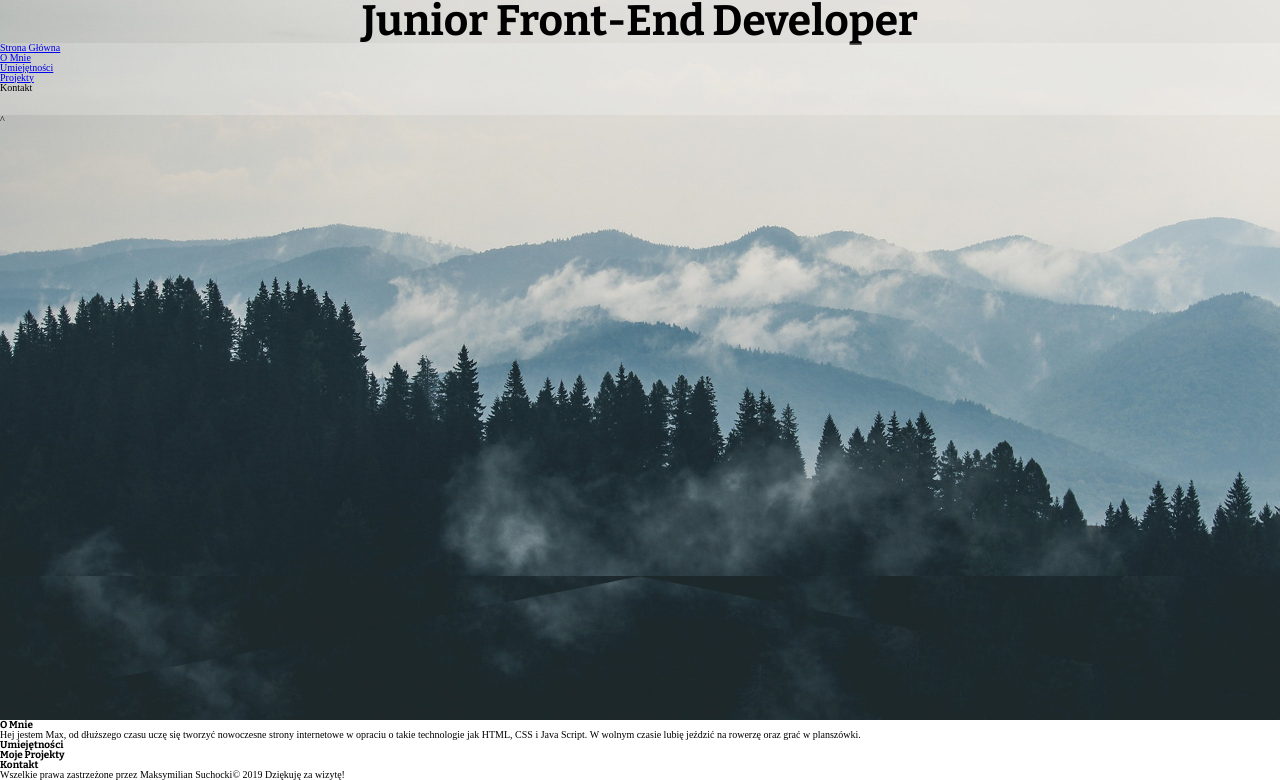
Repository: Maxs777/wizytowka
Page: index.html
These files come from the project's save history. The page is drawn as it stood at one moment and after the next save; the edit follows.
The browser window is 1280 px wide. The pictures show the whole page.

Above is the page before, as saved 2019-03-10 12:44:55.

After the next save:
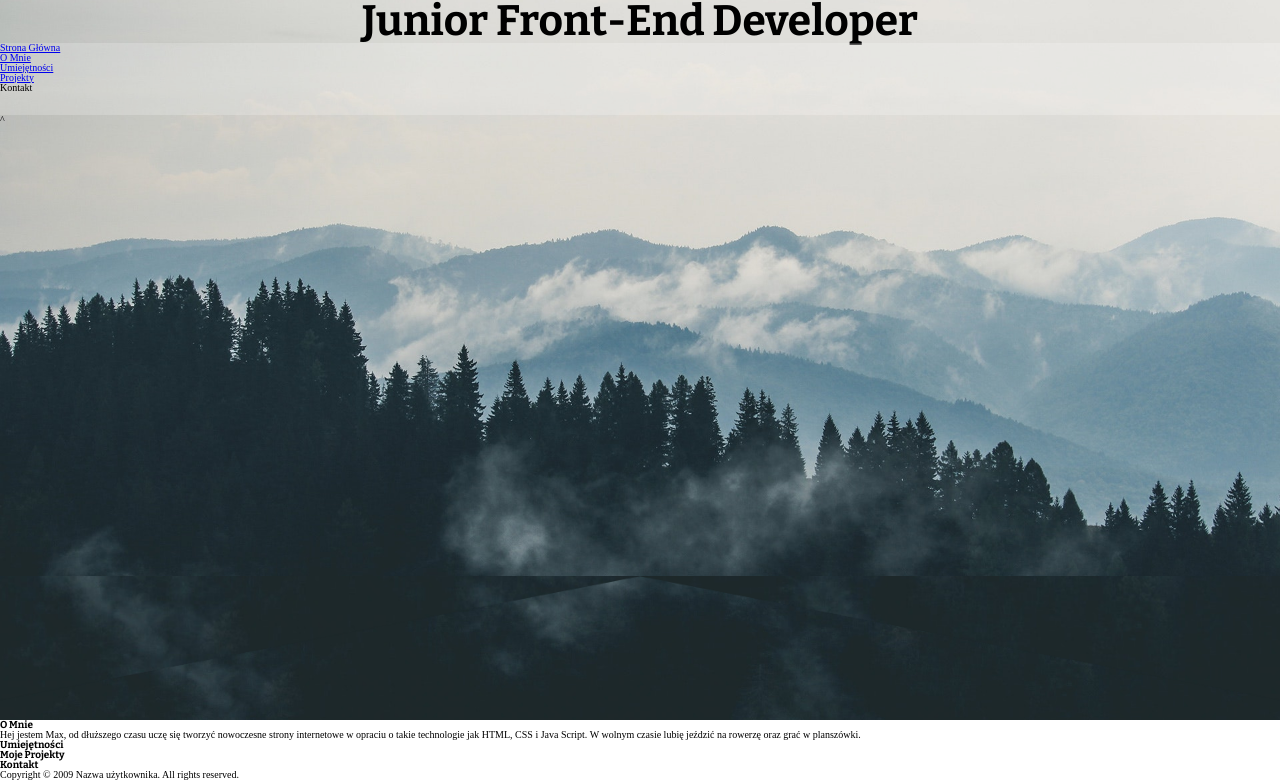
Saved 2 min 12 s later.
--- a/index.html
+++ b/index.html
@@ -51,7 +51,8 @@
             </section>
         </main>
        <footer>
-        <p>Wszelkie prawa zastrzeżone przez Maksymilian Suchocki&copy; 2019 Dziękuję za wizytę!</p>
+<p>
+    Copyright © 2009 Nazwa użytkownika. All rights reserved.</p>
        </footer>
    </div>
 </body>
